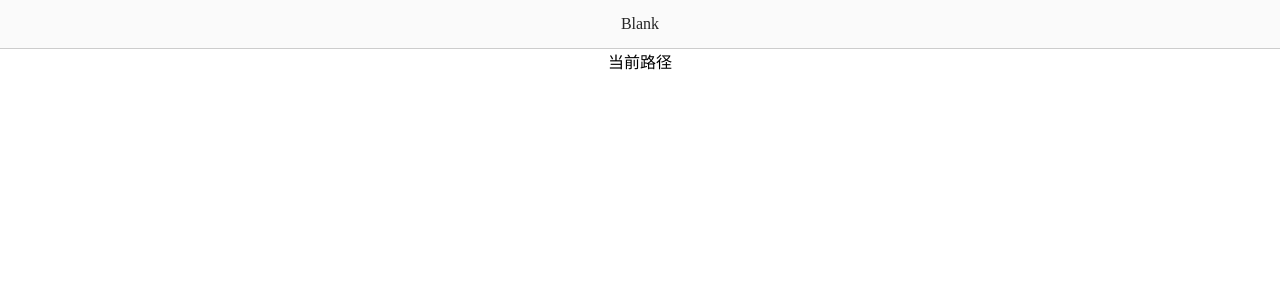
Repository: andycj7/-
Page: JS插件开发/filesystem/index.html
An editor plug-in stored every save of this project. The page is shown before and after the next save, followed by the edit.
The browser window is 1280 px wide. The pictures show the whole page.

Above is the page before, as saved 2020-07-21 07:40:06.
Console error (its wording comes from the project's code and is left out).

After the next save:
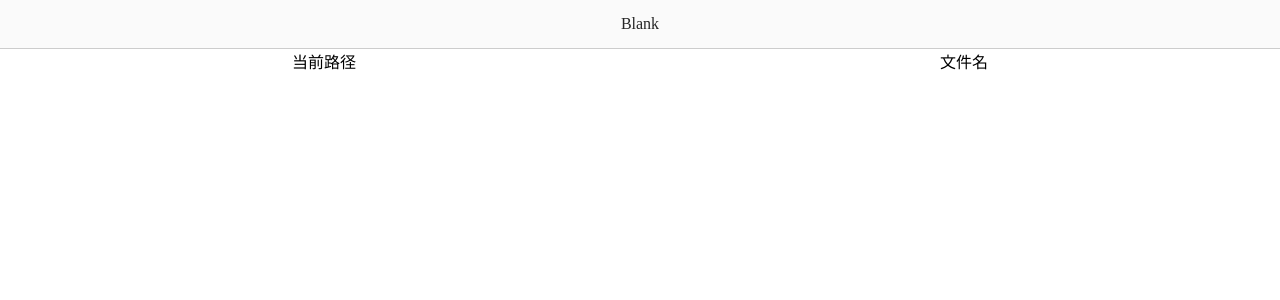
Saved 31 s later.
--- a/JS插件开发/filesystem/index.html
+++ b/JS插件开发/filesystem/index.html
@@ -14,6 +14,7 @@
 	<div class="div-parent">
 		<div class="div-control">
 			<label>当前路径</label>
+			<label>文件名</label>
 		</div>
 		<div id="div_display" class="div-child-2">
 		</div>
